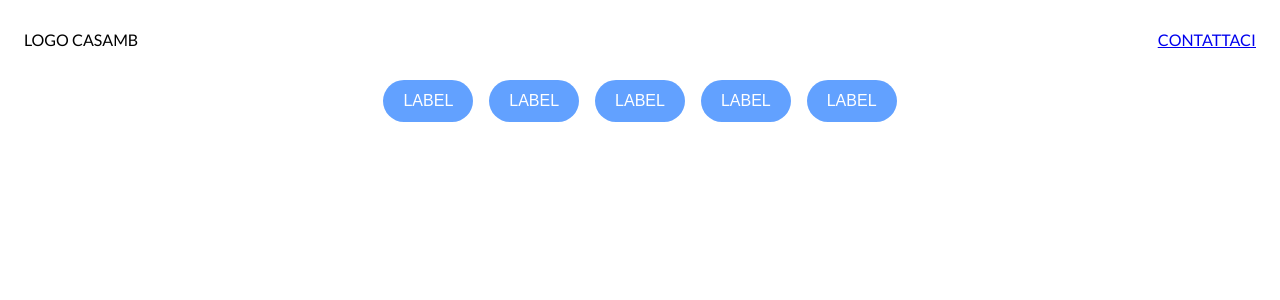
Repository: nicolorz/casamb
Page: /
An editor plug-in stored every save of this project. The page is shown before and after the next save, followed by the edit.
The browser window is 1280 px wide. The pictures show the whole page.
The project was rebuilt for these pictures with package versions that can differ from the ones it lists, and the page was loaded fresh each time. Also part of the build but not shown: src/index.css, src/App.css.

Above is the page before, as saved 2023-07-18 17:50:02.

### src/index.js
import React from 'react';
import ReactDOM from 'react-dom/client';
import './index.css';
import './assets/css/reset.css'
import './assets/css/style.css'
import App from './App';
import reportWebVitals from './reportWebVitals';

const root = ReactDOM.createRoot(document.getElementById('root'));
root.render(
  <React.StrictMode>
    <App />
  </React.StrictMode>
);

// If you want to start measuring performance in your app, pass a function
// to log results (for example: reportWebVitals(console.log))
// or send to an analytics endpoint. Learn more: https://bit.ly/CRA-vitals
reportWebVitals();

### src/assets/css/style.css
@import url('https://fonts.googleapis.com/css2?family=Lato:ital,wght@0,300;0,400;0,700;1,300;1,400;1,700&display=swap');

html, body {
  margin: 0;
  padding: 0;
  font-size: 16px;
  font-family: 'Lato', sans-serif;
}

.main-wrapper {
  width: 100vw;
  height: 100vh;
  background-color: #fff;
/*   display: flex;
  flex-flow: row nowrap; */
}

/* .sidebar {
  flex: 1;
  background-color: #f6f6f6;
  display: flex;
  flex-flow: column nowrap;
}

.card-wrapper {
  flex: 4;
  padding: 1rem;
  box-sizing: border-box;
  background-color: #EFF8FF;
  border: 1px solid #62A1FF;
  display: flex;
  flex-flow: row nowrap;
  align-items: flex-start;
  gap: 1rem;
}

.footer, .area-buttons {
  width: 100%;
  padding: 1rem;
  box-sizing: border-box;
  background-color: #EFF8FF;
  border: 1px solid #62A1FF;
}

.foooter {
  flex: 0 1 auto;
}

.area-buttons {
  flex: 1 0 auto;
}

.area-buttons {
  display: flex;
  flex-flow: column nowrap;
  gap: 0.5rem;
}

.area-buttons > button {
  align-self: flex-start;
}

.card {
  flex: 0 1 33%;
  padding: 1rem;
  background-color: #62A1FF;
  /* align-self: flex-start;
}

.card > img {
  width: 100%;
} */

### src/App.js
import logo from './logo.svg';
import './App.css';
import  {Header} from './components/HeaderWrapper/HeaderWrapper';

function App() {

  return (
    <div className="main-wrapper">
      <Header />
    </div>
  );
}

export default App;

### src/components/HeaderWrapper/HeaderWrapper.js
import './Header.css'
import { HeaderBottom } from './HeaderBottom'
import { HeaderTop } from './HeaderTop'

export const Header = () => {
    return <div className="header">
        <HeaderTop />
        <HeaderBottom />
    </div>
}

### src/components/HeaderWrapper/Header.css
.header {
    width: 100%;
    padding: 0 24px;
    box-sizing: border-box;
    position: fixed;
    top: 0;
    left: 0;
}

.header-top {
    width: 100%;
    display: flex;
    flex-flow: row nowrap;
    justify-content: space-between;
    align-items: center;
}

.header-top_logo {
    padding: 2rem 0;
}

.header-bottom {
    width: 100%;
    display: flex;
    flex-flow: column nowrap;
    align-items: center;
}

.sorting-area {
    display: flex;
    flex-flow: row wrap;
    gap: 1rem;
}

### src/components/HeaderWrapper/HeaderBottom.js
import { SortingBtn } from "../SortingBtn/Sortingbtn"

export const HeaderBottom = () => {
    return (
        <div className="header-bottom">
            <div className="sorting-area">
                <SortingBtn />
                <SortingBtn />
                <SortingBtn />
                <SortingBtn />
                <SortingBtn />
            </div>
        </div>
    )
}

### src/components/HeaderWrapper/HeaderTop.js
export const HeaderTop = () => {
    return <div className="header-top">
        <div className="header-top_logo">LOGO CASAMB</div>
        <a href="*" target="_self">CONTATTACI</a>
    </div>
}

### src/components/SortingBtn/Sortingbtn.js
import './Sortingbtn.css'

export const SortingBtn = () => (
  <button className="sorting-btn">LABEL</button>
);

### src/components/SortingBtn/Sortingbtn.css
.sorting-btn {
    background-color: #62A1FF;
    color: #fff;
    padding: 12px 20px;
    border: none;
    border-radius: 50px;
    -webkit-border-radius: 50px;
    -moz-border-radius: 50px;
    -ms-border-radius: 50px;
    -o-border-radius: 50px;
    font-size: 16px;
    cursor: pointer;
    transition: all 0.3s;
    -webkit-transition: all 0.3s;
    -moz-transition: all 0.3s;
    -ms-transition: all 0.3s;
    -o-transition: all 0.3s;
}

.sorting-btn:hover {
    background-color: #4B84DA;
}

Loaded but not shown: public/index.html (common file); src/assets/css/reset.css (common file); src/reportWebVitals.js (common file)

After the next save:
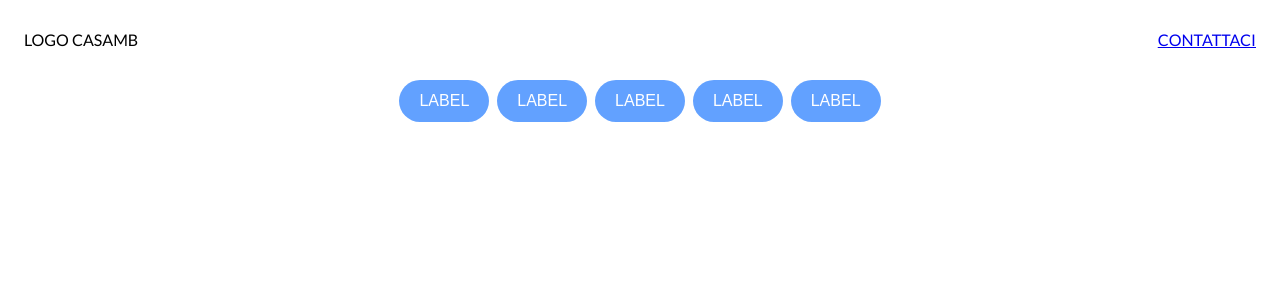
Saved 5 s later.
--- a/src/components/HeaderWrapper/Header.css
+++ b/src/components/HeaderWrapper/Header.css
@@ -29,5 +29,5 @@
 .sorting-area {
     display: flex;
     flex-flow: row wrap;
-    gap: 1rem;
+    gap: 0.5rem;
 }
